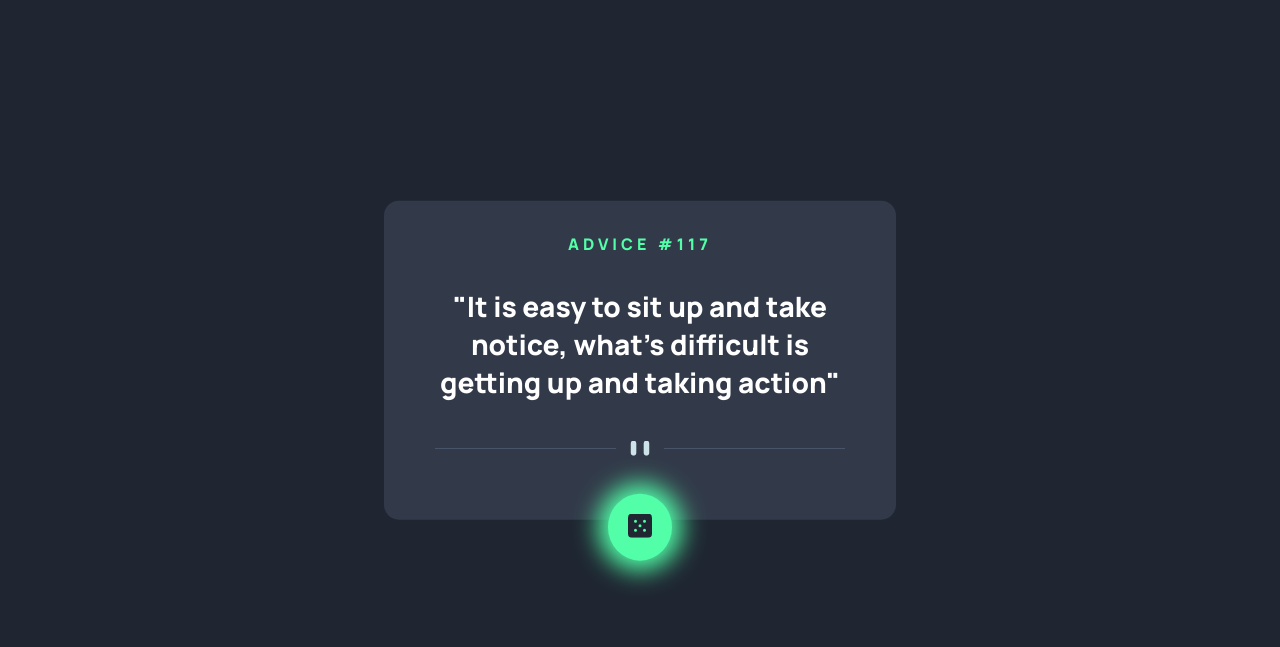
Repository: WindOfCodes/advice-generator-app
Page: index.html
These files come from the project's save history. The page is drawn as it stood at one moment and after a run of saves; the edit follows.
The browser window is 1280 px wide. The pictures show the whole page.
The pointer rests on the first visible `.dice`.

Above is the page before, as saved 2022-11-28 22:24:07.

After the next 3 saves:
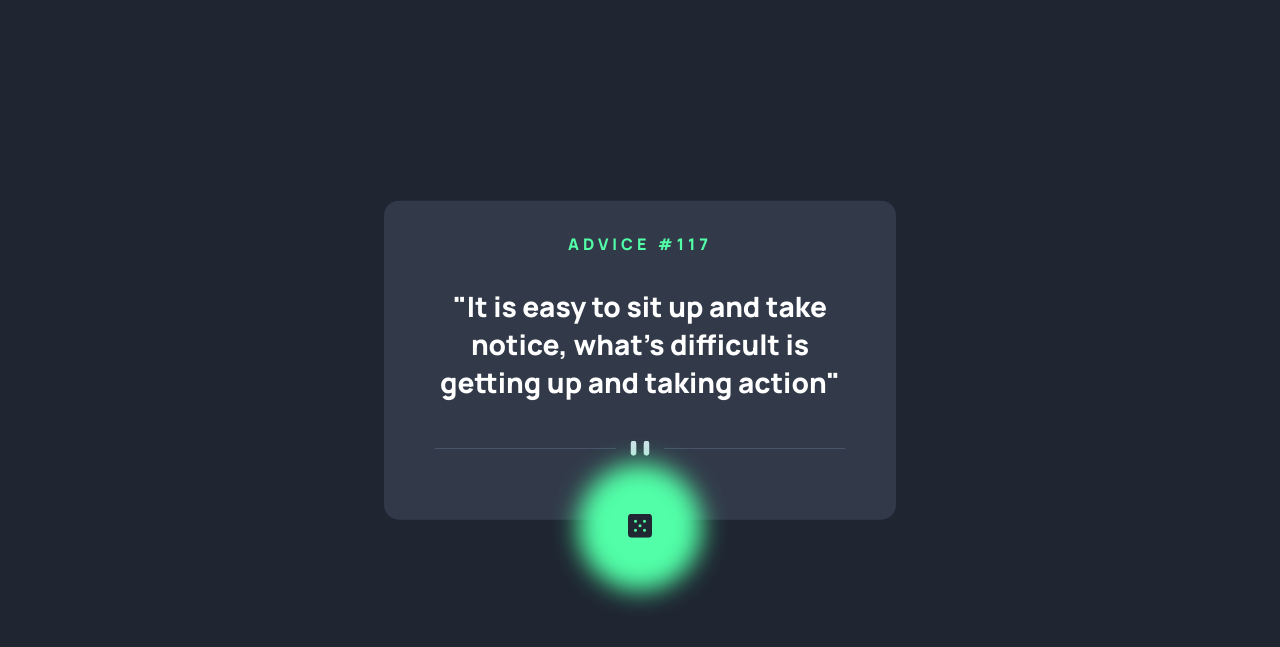
The 3 saves are shown as one change because they came seconds apart.
The last was saved 20 s later.
--- a/styles/main.css
+++ b/styles/main.css
@@ -65,7 +65,7 @@ body {
 
 .dice:hover {
   cursor: pointer;
-  -webkit-box-shadow: 0px 0px 25px 10px hsla(150, 100%, 66%, 1);
-  -moz-box-shadow: 0px 0px 25px 10px hsla(150, 100%, 66%, 1);
-  box-shadow: 0px 0px 25px 10px hsla(150, 100%, 66%, 1);
+  -webkit-box-shadow: 0px 0px 25px 30px hsla(150, 100%, 66%, 1);
+  -moz-box-shadow: 0px 0px 25px 30px hsla(150, 100%, 66%, 1);
+  box-shadow: 0px 0px 25px 30px hsla(150, 100%, 66%, 1);
 }
